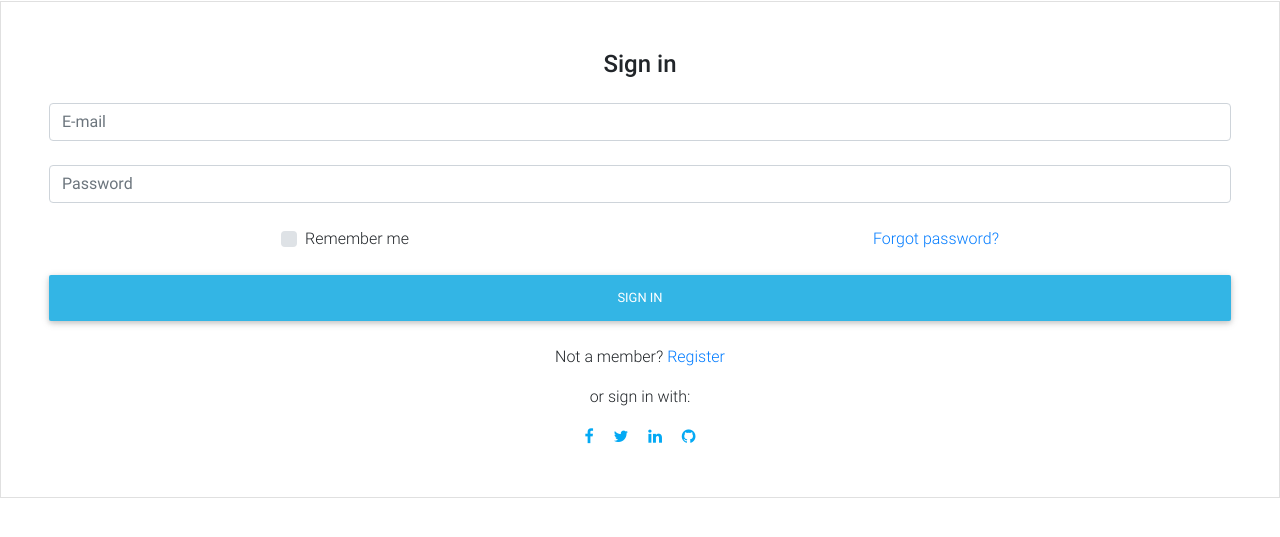
Repository: KJSCEhack/KJSCE_Vanquishers
Page: login_page.html
The author's editor kept a copy of each file at every save. The page is drawn from the files as they stood at one save, then again after the next save.
The browser window is 1280 px wide. The pictures show the whole page.

Above is the page before, as saved 2018-10-06 04:04:28.

### login_page.html

<!DOCTYPE HTML>
<html>

<head>
    <!-- Font Awesome -->
    <link rel="stylesheet" href="https://maxcdn.bootstrapcdn.com/font-awesome/4.7.0/css/font-awesome.min.css">
    <!-- Bootstrap core CSS -->
    <link href="css/bootstrap.min.css" rel="stylesheet">
    <!-- Material Design Bootstrap -->
    <link href="css/mdb.min.css" rel="stylesheet">
    <!-- Your custom styles (optional) -->
    <link href="css/style.min.css" rel="stylesheet">
</head>
<body>
    <div class="col-md-6"></div>
    <!-- Default form login -->
<form class="text-center border border-light p-5">

    <p class="h4 mb-4">Sign in</p>

    <!-- Email -->
    <input type="email" id="defaultLoginFormEmail" class="form-control mb-4" placeholder="E-mail">

    <!-- Password -->
    <input type="password" id="defaultLoginFormPassword" class="form-control mb-4" placeholder="Password">

    <div class="d-flex justify-content-around">
        <div>
            <!-- Remember me -->
            <div class="custom-control custom-checkbox">
                <input type="checkbox" class="custom-control-input" id="defaultLoginFormRemember">
                <label class="custom-control-label" for="defaultLoginFormRemember">Remember me</label>
            </div>
        </div>
        <div>
            <!-- Forgot password -->
            <a href="">Forgot password?</a>
        </div>
    </div>

    <!-- Sign in button -->
    <button class="btn btn-info btn-block my-4" type="submit">Sign in</button>

    <!-- Register -->
    <p>Not a member?
        <a href="">Register</a>
    </p>

    <!-- Social login -->
    <p>or sign in with:</p>

    <a type="button" class="light-blue-text mx-2">
        <i class="fa fa-facebook"></i>
    </a>
    <a type="button" class="light-blue-text mx-2">
        <i class="fa fa-twitter"></i>
    </a>
    <a type="button" class="light-blue-text mx-2">
        <i class="fa fa-linkedin"></i>
    </a>
    <a type="button" class="light-blue-text mx-2">
        <i class="fa fa-github"></i>
    </a>

</form>
<!-- Default form login -->
</body>
</html>

Loaded but not shown: css/bootstrap.min.css (library); css/mdb.min.css (library); css/style.min.css (common file)

After the next save:
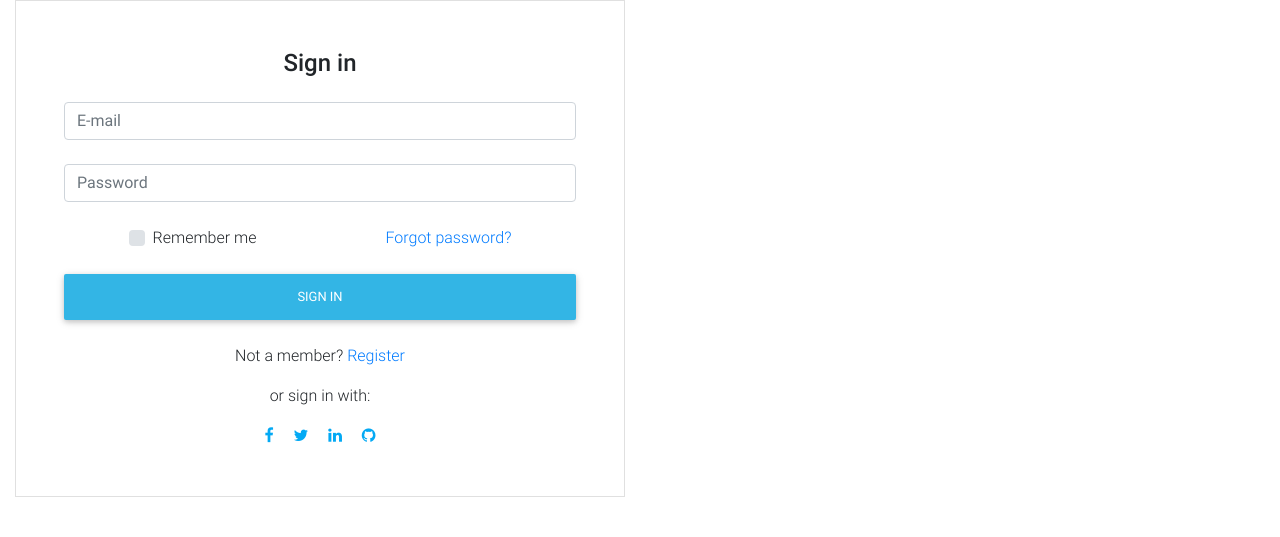
Saved 12 s later.
--- a/login_page.html
+++ b/login_page.html
@@ -13,7 +13,7 @@
     <link href="css/style.min.css" rel="stylesheet">
 </head>
 <body>
-    <div class="col-md-6"></div>
+    <div class="col-md-6">
     <!-- Default form login -->
 <form class="text-center border border-light p-5">
 
@@ -64,6 +64,7 @@
     </a>
 
 </form>
+</div>
 <!-- Default form login -->
 </body>
 </html>
